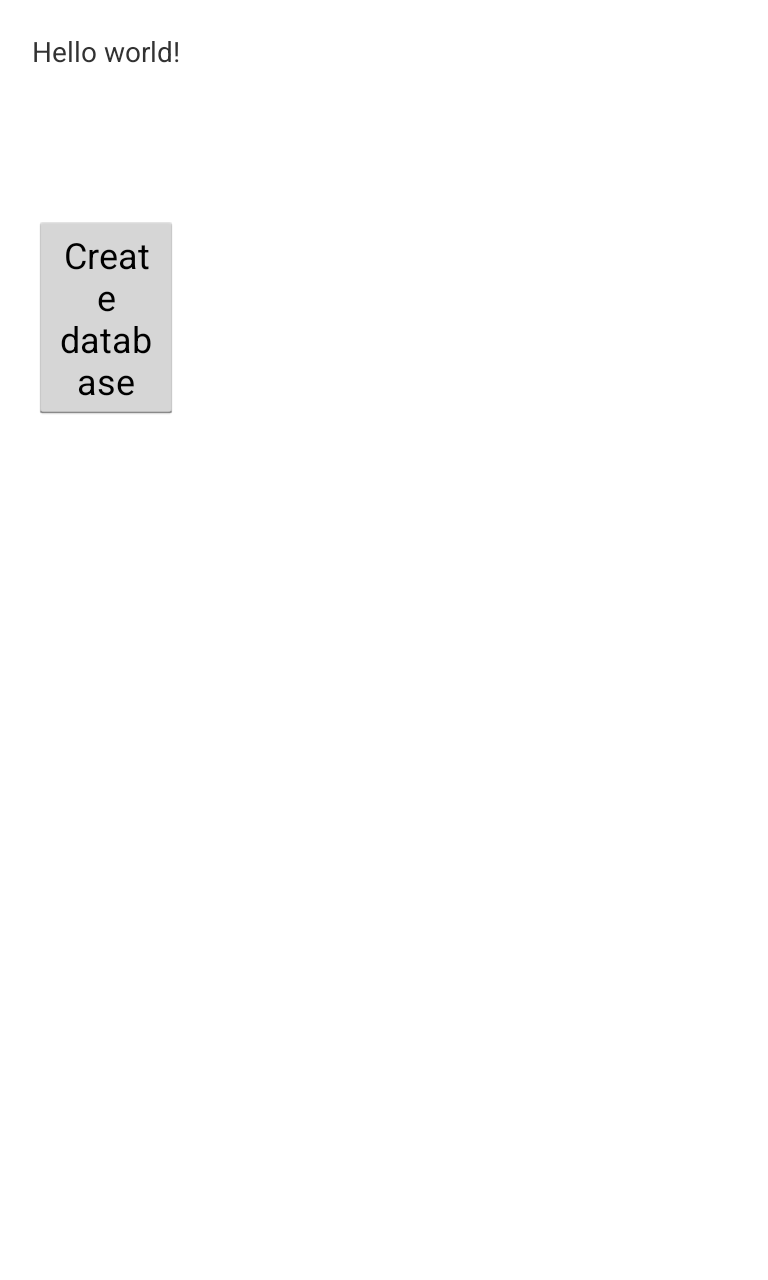
Repository: superlikex/Android_task
Layout: DatabaseTest/res/layout/activity_main.xml
The author's editor kept a copy of each file at every save. The layout is drawn from the files as they stood at one save, then again after the next save.
It is drawn on a 768 x 1280 px phone screen (xhdpi) without system bars, with theme AppTheme; the app's code is not run.

Above is the layout before, as saved 2015-12-01 16:48:32.

### DatabaseTest/res/layout/activity_main.xml
<RelativeLayout xmlns:android="http://schemas.android.com/apk/res/android"
    xmlns:tools="http://schemas.android.com/tools"
    android:layout_width="match_parent"
    android:layout_height="match_parent"
    android:paddingBottom="@dimen/activity_vertical_margin"
    android:paddingLeft="@dimen/activity_horizontal_margin"
    android:paddingRight="@dimen/activity_horizontal_margin"
    android:paddingTop="@dimen/activity_vertical_margin"
    tools:context="com.example.databasetest.MainActivity" >

    <TextView
        android:id="@+id/textView1"
        android:layout_width="wrap_content"
        android:layout_height="wrap_content"
        android:text="@string/hello_world" />

    <Button
        android:id="@+id/create_database"
        android:layout_width="wrap_content"
        android:layout_height="wrap_content"
        android:layout_alignRight="@+id/textView1"
        android:layout_below="@+id/textView1"
        android:layout_marginTop="72dp"
        android:text="Create database" />

</RelativeLayout>

### DatabaseTest/res/values/strings.xml
<?xml version="1.0" encoding="utf-8"?>
<resources>

    <string name="app_name">DatabaseTest</string>
    <string name="hello_world">Hello world!</string>
    <string name="action_settings">Settings</string>

</resources>

Loaded but not shown: DatabaseTest/res/values/styles.xml (common file); DatabaseTest/res/values-v11/styles.xml (common file); DatabaseTest/res/values-v14/styles.xml (common file); DatabaseTest/res/values/dimens.xml (common file); DatabaseTest/res/values-w820dp/dimens.xml (common file)

After the next save:
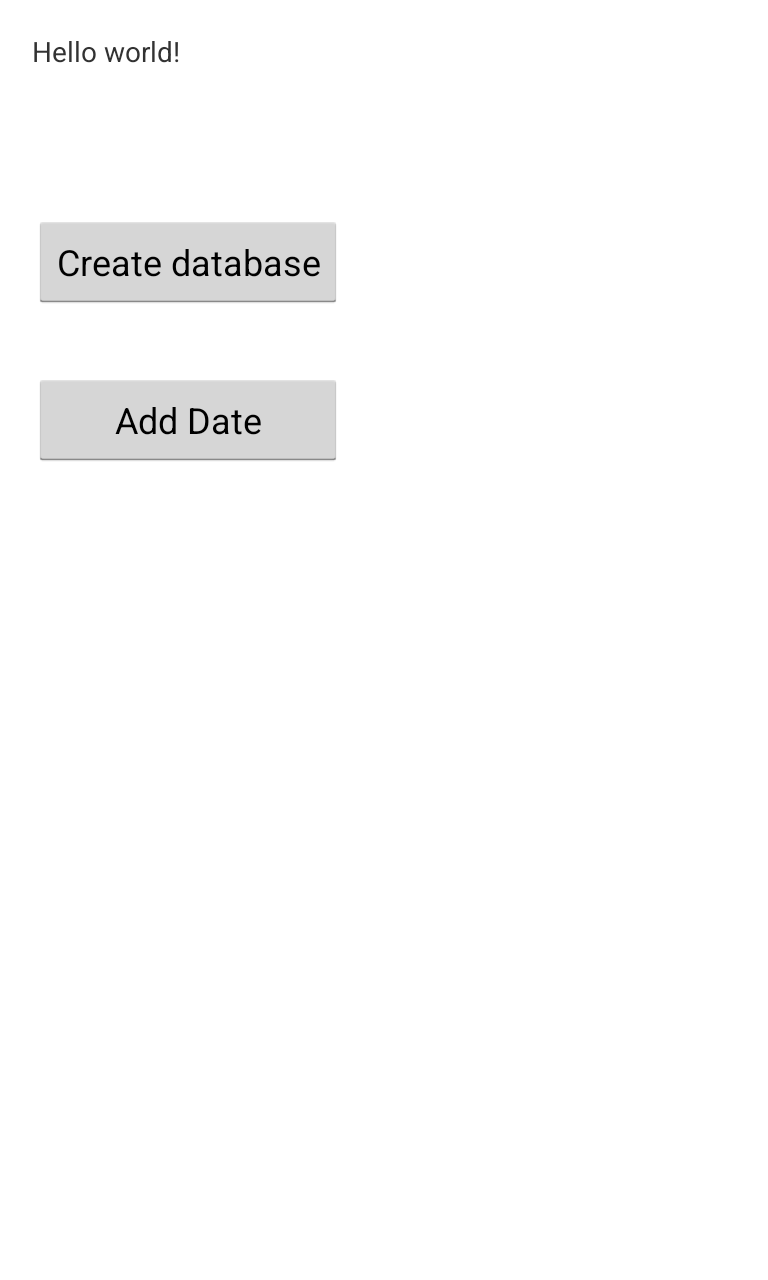
Saved 3 s later.
--- a/DatabaseTest/res/layout/activity_main.xml
+++ b/DatabaseTest/res/layout/activity_main.xml
@@ -18,9 +18,18 @@
         android:id="@+id/create_database"
         android:layout_width="wrap_content"
         android:layout_height="wrap_content"
-        android:layout_alignRight="@+id/textView1"
         android:layout_below="@+id/textView1"
         android:layout_marginTop="72dp"
         android:text="Create database" />
 
+    <Button
+        android:id="@+id/add_data"
+        android:layout_width="wrap_content"
+        android:layout_height="wrap_content"
+        android:layout_alignLeft="@+id/create_database"
+        android:layout_alignRight="@+id/create_database"
+        android:layout_below="@+id/create_database"
+        android:layout_marginTop="31dp"
+        android:text="Add Date" />
+
 </RelativeLayout>
